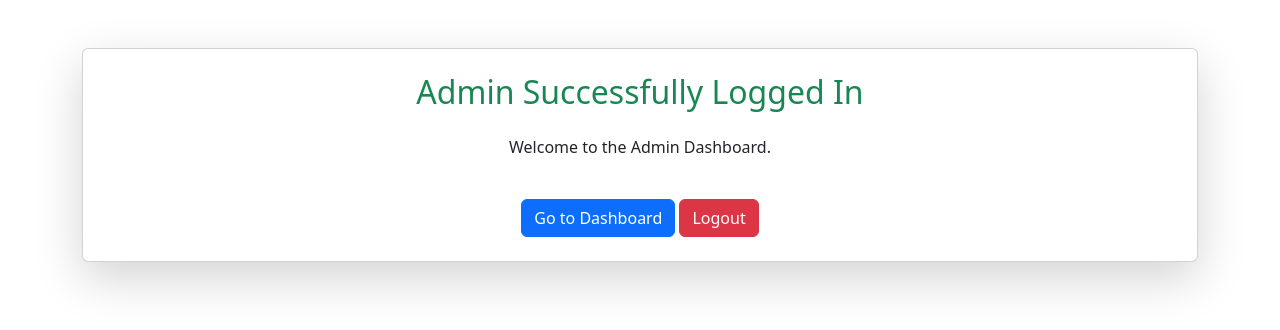
Repository: viraj2623/My_projects
Page: loginandregpr/src/main/webapp/main.html
These files come from the project's save history. The page is drawn as it stood at one moment and after the next save; the edit follows.
The browser window is 1280 px wide. The pictures show the whole page.

Above is the page before, as saved 2025-03-05 07:56:44.

After the next save:
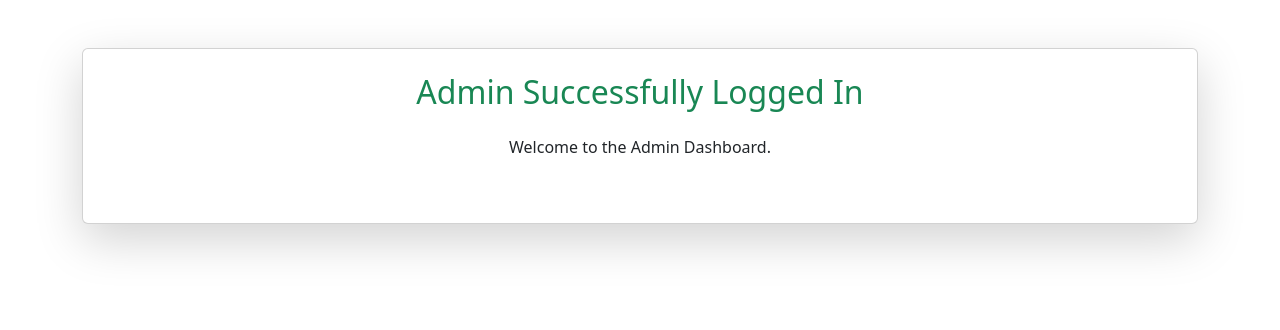
Saved 48 s later.
--- a/loginandregpr/src/main/webapp/main.html
+++ b/loginandregpr/src/main/webapp/main.html
@@ -12,8 +12,7 @@
             <h2 class="text-success">Admin Successfully Logged In</h2>
             <p class="mt-3">Welcome to the Admin Dashboard.</p>
             <div class="mt-4">
-                <a href="dashboard.html" class="btn btn-primary">Go to Dashboard</a>
-                <a href="logout.html" class="btn btn-danger">Logout</a>
+
             </div>
         </div>
     </div>
